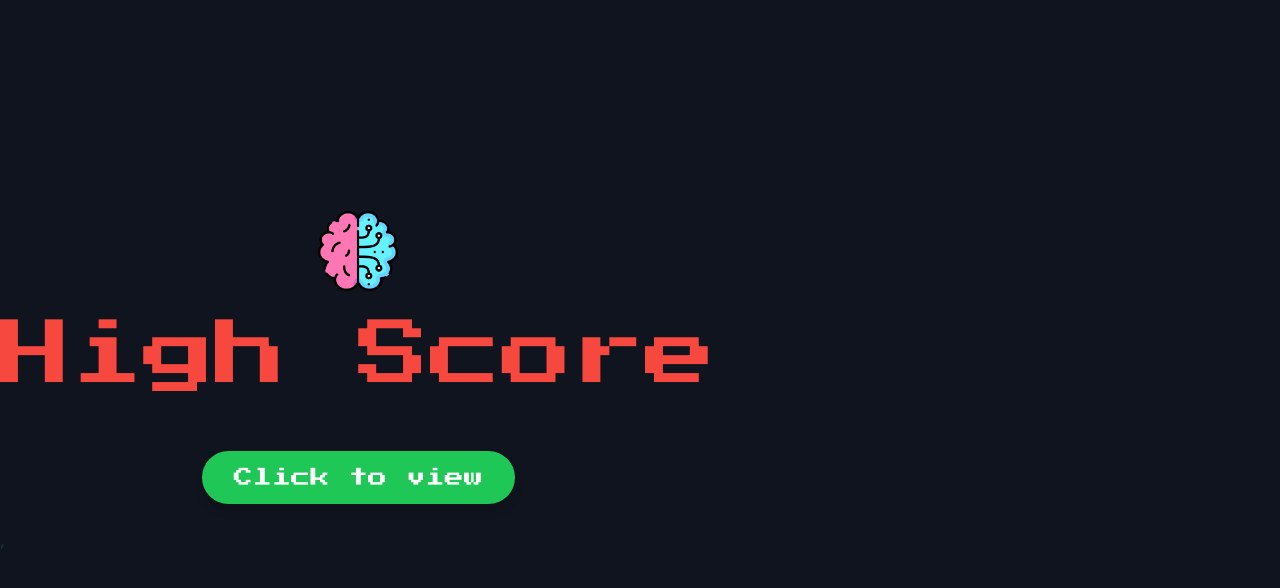
Repository: Shenixo/Color_match_game
Page: /high_score
An editor plug-in stored every save of this project. The page is shown before and after a run of saves, followed by the edit.
The browser window is 1280 px wide. The pictures show the whole page.
The project was rebuilt for these pictures with package versions that can differ from the ones it lists, and the page was loaded fresh each time. Also part of the build but not shown: vite.config.js, src/Components/Card/Card.css, src/Components/Card/Card.jsx, src/Pages/Home/Home.jsx, src/Pages/Rules/Rules.css, src/Pages/Rules/Rules.jsx, src/Pages/Sound/Sound.jsx, src/Pages/GamePlay/GamePlay.css and 3 more. Imported but missing from the stored project, and not drawn on this page: src/assets/button_clicks.wav, src/assets/celebration.mp3, src/assets/game_theme_sound.mp4, src/assets/lose.wav, src/assets/win.wav.

Above is the page before, as saved 2025-02-04 16:03:23.

After the next 2 saves:
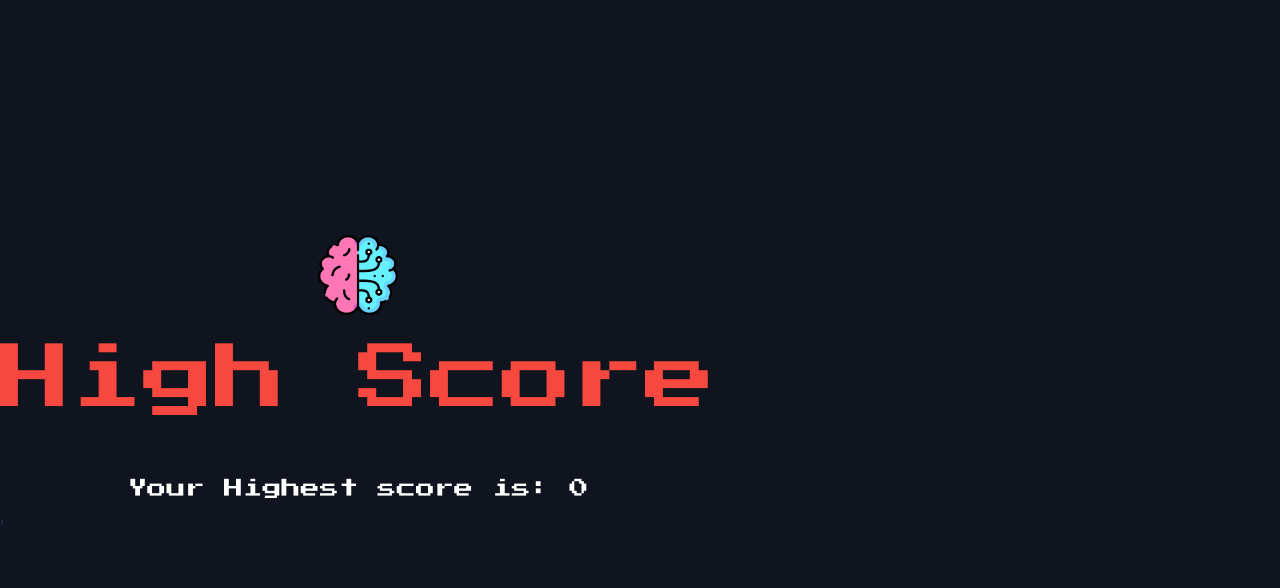
The 2 saves are shown as one change because 1 did not build or start.
The last was saved 11 s later.
--- a/src/Pages/HighScore/HighScore.jsx
+++ b/src/Pages/HighScore/HighScore.jsx
@@ -68,7 +68,7 @@
       ) : null}
       <div className="container">
         <Title content="High Score" />
-        {!viewHighScore  ? (
+        {!viewHighScore && highScore > 0 ? (
           <Tab content="Click to view" onClickTab={handleViewHighScore} />
         ) : (
           <h2 className="high_score">Your Highest score is: {highScore}</h2>

After the save that followed:
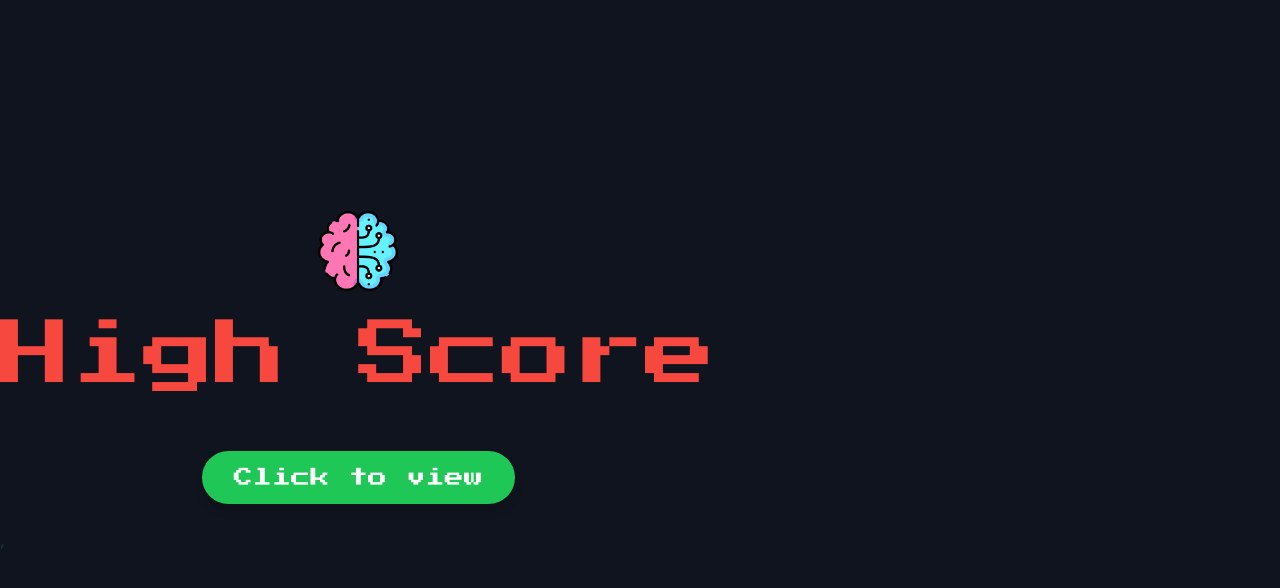
Saved 7 min 40 s later.
--- a/src/Pages/HighScore/HighScore.jsx
+++ b/src/Pages/HighScore/HighScore.jsx
@@ -9,7 +9,7 @@
   TabClick,
   GameTheme,
   StopGameThemeSound,
-  IsGameThemePlaying,
+  IsGameThemePlaying
 } from "../../Components/Sound/Sound";
 import "./HighScore.css";
 import Tab from "../../Components/Tab/Tab";
@@ -17,7 +17,6 @@
 const HighScore = () => {
   const [viewHighScore, setViewHighScore] = useState(false);
   const location = useLocation();
-  const [wasGameThemePlaying, setWasGameThemePlaying] = useState(false);
 
   const handleViewHighScore = () => {
     setViewHighScore((pv) => !pv);
@@ -44,22 +43,22 @@
   }, [score]);
 
   useEffect(() => {
-    setWasGameThemePlaying(IsGameThemePlaying());
+    // ✅ Save if game theme was playing
+    const wasPlaying = IsGameThemePlaying();
+    localStorage.setItem("game_theme_was_playing", wasPlaying ? "true" : "false");
 
+    // ✅ Stop game theme sound
     StopGameThemeSound();
 
     return () => {
+      // ✅ Stop celebration sound on leaving
       StopCelebrationSound();
-
-      if (wasGameThemePlaying) {
-        GameTheme();
-      }
     };
   }, [location.pathname]);
 
   return (
     <div className="high-score-container">
-      {viewHighScore && highScore > 0 ? (
+      {viewHighScore ? (
         <img
           className="celebration-gif"
           src={celebration_gif}
@@ -68,7 +67,7 @@
       ) : null}
       <div className="container">
         <Title content="High Score" />
-        {!viewHighScore && highScore > 0 ? (
+        {!viewHighScore ? (
           <Tab content="Click to view" onClickTab={handleViewHighScore} />
         ) : (
           <h2 className="high_score">Your Highest score is: {highScore}</h2>
